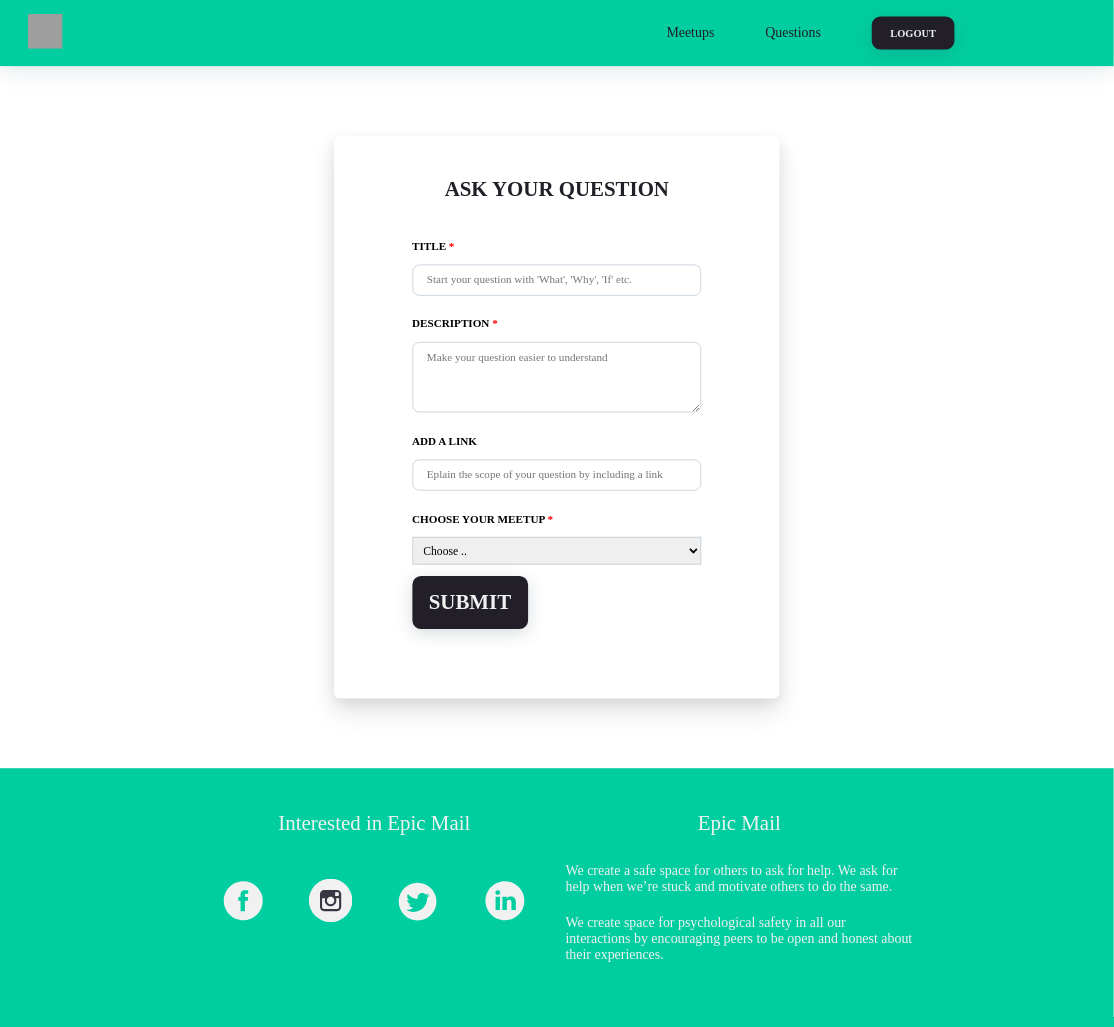
Repository: Gfreedoms/Epic-Mail
Page: pages/group-messages.html
These files come from the project's save history. The page is drawn as it stood at one moment and after the next save; the edit follows.
The browser window is 1280 px wide. The pictures show the whole page, at 87% of full size.
Pictures or frames that could not be fetched are drawn as grey boxes. Some web fonts or font styles are not loaded; a fallback is used.

Above is the page before, as saved 2019-02-27 07:14:30.

After the next save:
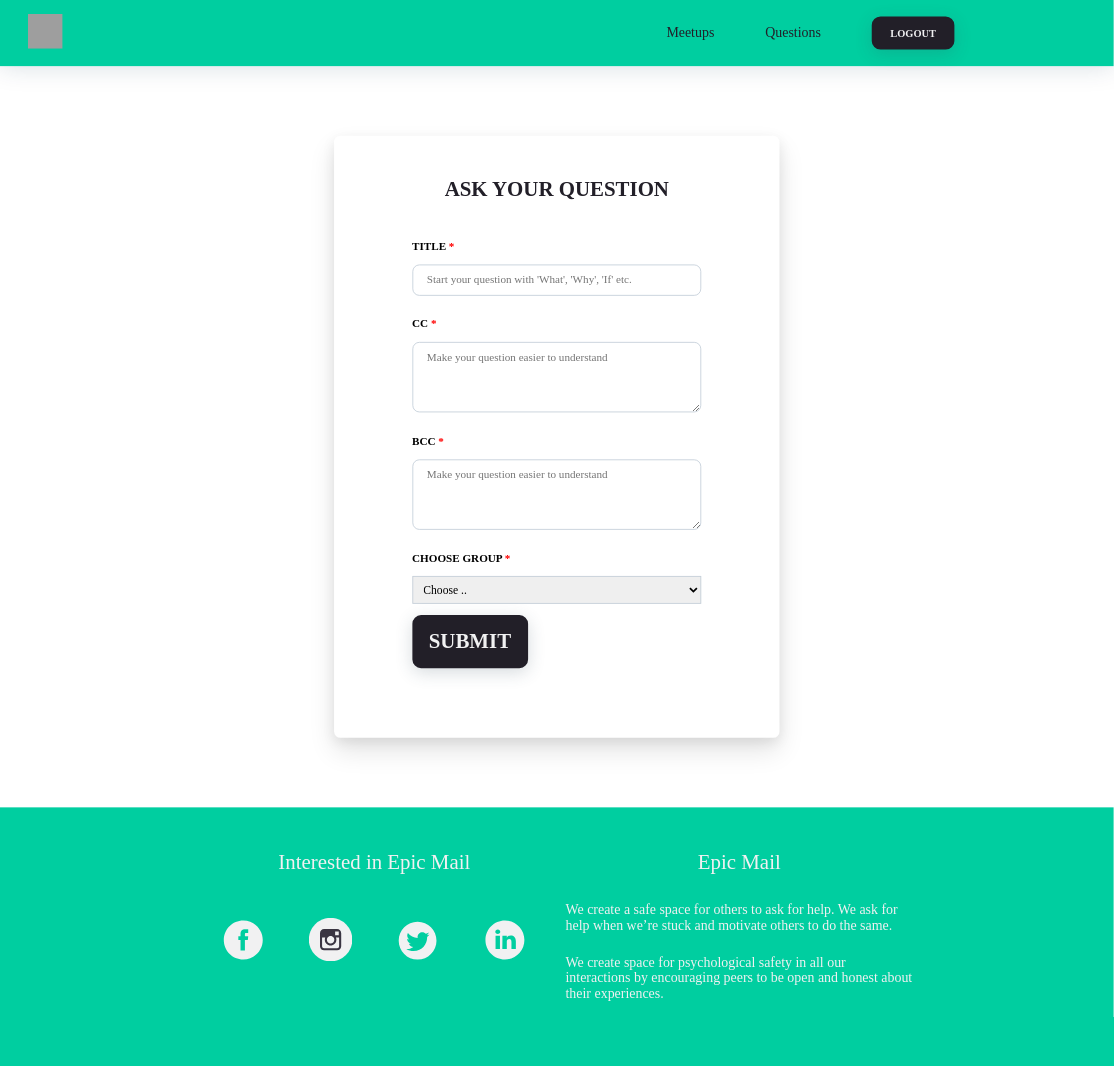
Saved 2 min 49 s later.
--- a/pages/group-messages.html
+++ b/pages/group-messages.html
@@ -14,7 +14,7 @@
 	<meta name="theme-color" content="#ffffff">
 	<link rel="stylesheet" href="../styles/base.css">
 	<link rel="stylesheet" href="../styles/format.css">
-	<title>Add Question | QUESTIONER - ANDELA BOOTCAMP</title>
+	<title> Epic Mail- ANDELA BOOTCAMP</title>
 </head>
 
 <body>
@@ -54,15 +54,16 @@
 						<input class="p1 b-rsm" type="text" name="title" placeholder="Start your question with 'What', 'Why', 'If' etc.">
 					</div>
 					<div class="m1 input">
-						<label class="m1" for="name">Description <span class="is-danger">*</span></label>
+						<label class="m1" for="name">Cc <span class="is-danger">*</span></label>
 						<textarea class="p1 b-rsm" name="description" placeholder="Make your question easier to understand" rows="4" cols="50"></textarea>
-					</div>
+                    </div>
+                    <div class="m1 input">
+                            <label class="m1" for="name">Bcc <span class="is-danger">*</span></label>
+                            <textarea class="p1 b-rsm" name="description" placeholder="Make your question easier to understand" rows="4" cols="50"></textarea>
+                        </div>
+
 					<div class="m1 input">
-						<label class="m1" for="name">Add a link</label>
-						<input class="p1 b-rsm" type="url" name="link" placeholder="Eplain the scope of your question by including a link">
-					</div>
-					<div class="m1 input">
-						<label class="m1" for="name">Choose your meetup <span class="is-danger">*</span></label>
+						<label class="m1" for="name">Choose Group <span class="is-danger">*</span></label>
 						<select name="selected-meetup" id="meetup">
 							<option value="#">Choose ..</option>
 							<option value="#meetup-1">ALC 3.0</option>
